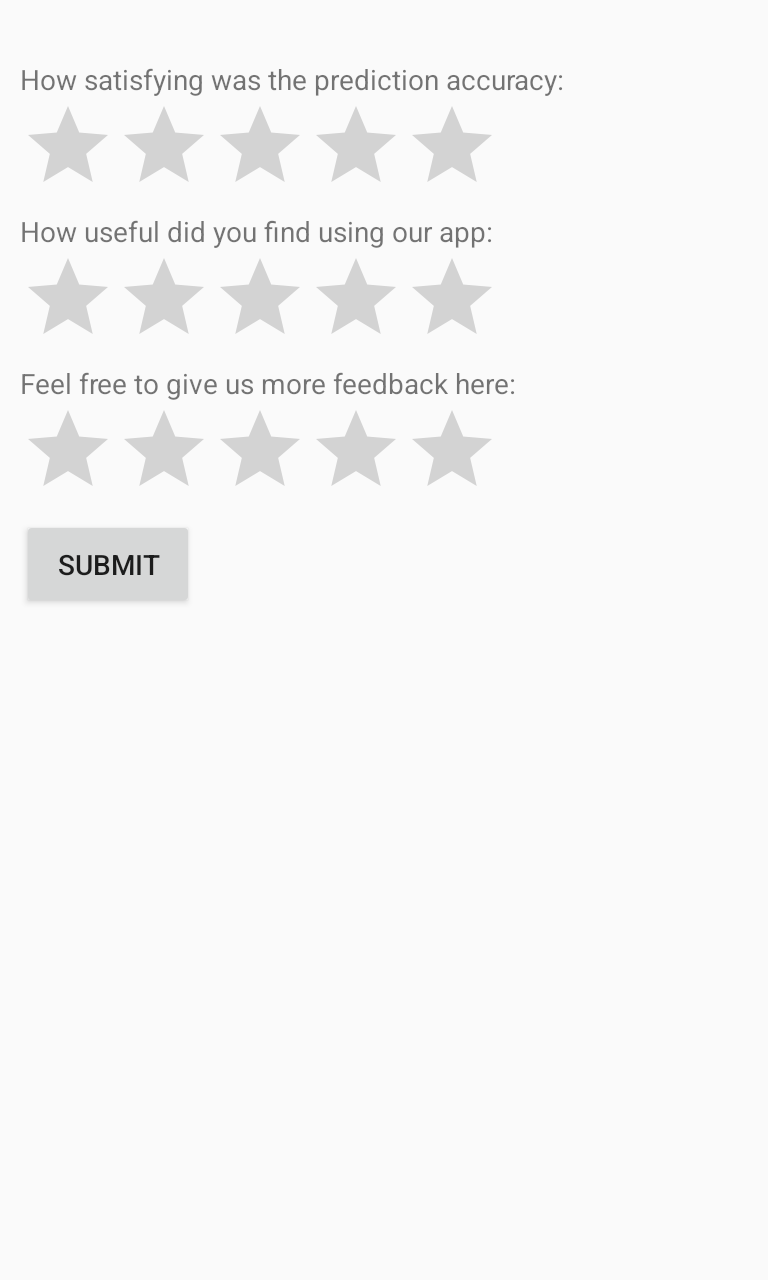
Repository: hessfr/contextRecognition
Layout: androidProjects/ContextRecognition/res/layout/activity_rating.xml
The author's editor kept a copy of each file at every save. The layout is drawn from the files as they stood at one save, then again after the next save.
It is drawn on a 768 x 1280 px phone screen (xhdpi) without system bars, with theme AppTheme; the app's code is not run.

Above is the layout before, as saved 2014-05-30 07:38:59.

After the next save:
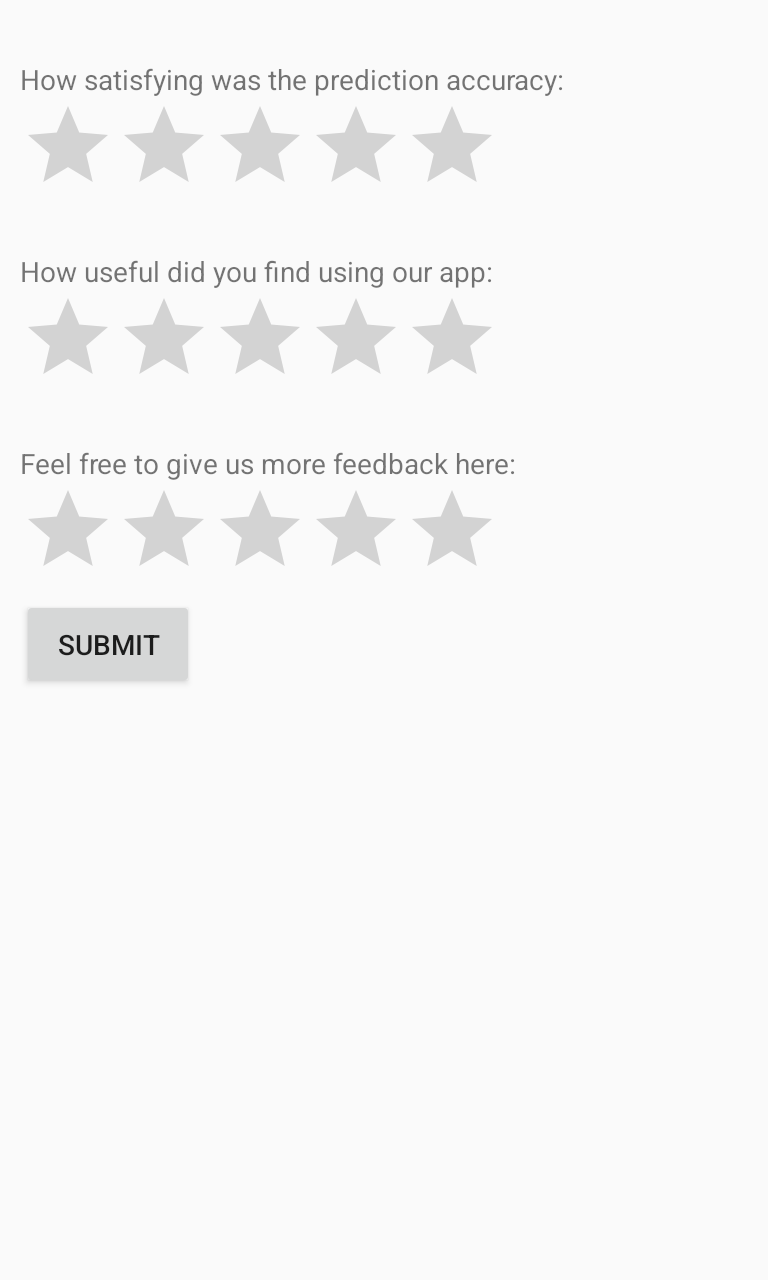
Saved 33 s later.
--- a/androidProjects/ContextRecognition/res/layout/activity_rating.xml
+++ b/androidProjects/ContextRecognition/res/layout/activity_rating.xml
@@ -33,7 +33,8 @@
 
             <RelativeLayout
 		        android:layout_width="match_parent"
-		        android:layout_height="match_parent" >
+		        android:layout_height="match_parent"
+		        android:layout_marginTop="20dp" >
 			    <TextView android:layout_width="fill_parent"
 			        android:layout_height="wrap_content"
 			        android:layout_centerHorizontal="True"
@@ -53,7 +54,8 @@
 
             <RelativeLayout
 		        android:layout_width="match_parent"
-		        android:layout_height="match_parent" >
+		        android:layout_height="match_parent"
+		        android:layout_marginTop="20dp" >
 			    <TextView android:layout_width="fill_parent"
 			        android:layout_height="wrap_content"
 			        android:layout_centerHorizontal="True"
